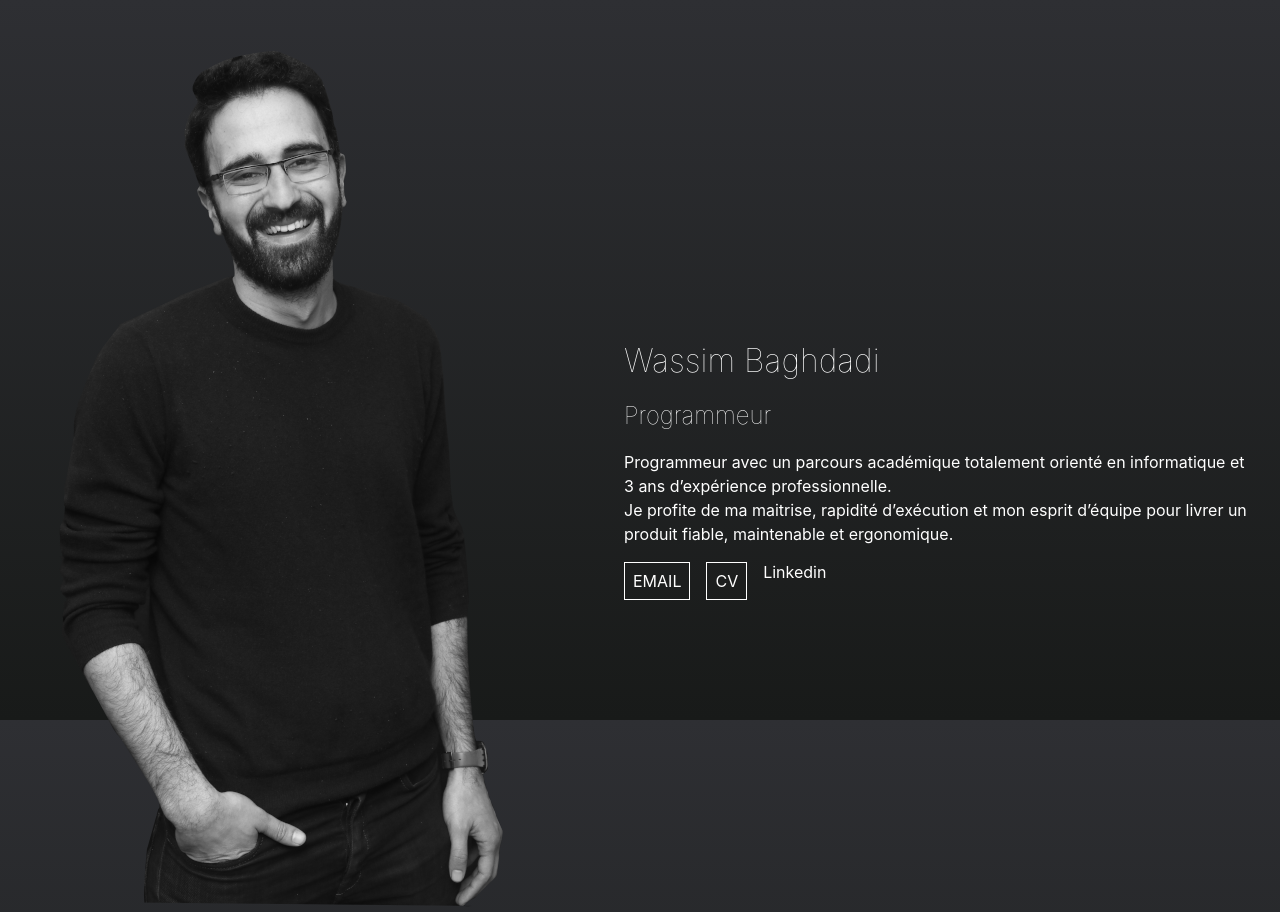
Repository: vvassim-baghdadi/wassimbaghdadi
Page: /
These files come from the project's save history. The page is drawn as it stood at one moment and after the next save; the edit follows.
The browser window is 1280 px wide. The pictures show the whole page.
The project was rebuilt for these pictures with package versions that can differ from the ones it lists, and the page was loaded fresh each time. The framework's server and built-in components were replaced by stand-ins that run in the browser. Also part of the build but not shown: next.config.js.

Above is the page before, as saved 2023-01-18 12:18:50.

### src/pages/index.tsx
import Head from 'next/head'
import Image from 'next/image'
import { Inter } from '@next/font/google'
import styles from '../styles/Home.module.css'

const inter = Inter({ subsets: ['latin'] })

export default function Home() {
  return (
    <>
      <Head>
        <title>Wassim Baghdadi</title>
        <meta name="description" content="Generated by create next app" />
        <meta name="viewport" content="width=device-width, initial-scale=1" />
        <link rel="icon" href="/favicon.ico" />
      </Head>
      <main>
        <div className={styles.content}>
        <div className={styles['image-container']}>
          <img
            srcSet="
              /assets/images/wassim-baghdadi/wassim-baghdadi-600x900.png 600w,
              /assets/images/wassim-baghdadi/wassim-baghdadi-200x300.png 200w
            "
            sizes="(max-width: 600px) 200px, 600px"
            src="/assets/images/wassim baghdadi/Wassim Baghdadi 600x900.png"
            loading="lazy"
            alt="Wassim Baghdadi Photo"
          />
        </div>
        <div className={styles.info}>
          <h1>Wassim Baghdadi</h1>
          <h2>Programmeur</h2>
          <p>
            Programmeur avec un parcours académique totalement orienté en
            informatique et 3 ans d’expérience professionnelle.
            <br />
            Je profite de ma maitrise, rapidité d’exécution et mon esprit
            d’équipe pour livrer un produit fiable, maintenable et ergonomique.
          </p>
          <div className={styles.links}>
            <a
              className={styles.button}
              href="mailto:vvassim.baghdadi@gmail.com"
              download
              target="_blank"
              >Email</a>
              <a
              className={styles.button}
              href="./assets/files/CV-Wassim Baghdadi.pdf"
              download
              target="_blank"
              >CV</a>
            <a
              className="button"
              href="https://www.linkedin.com/in/wassim-baghdadi-7459b210a/"
              >Linkedin</a
            >
          </div>
        </div>
      </div>

      </main>
    </>
  )
}

### src/styles/globals.css
html {
  width: 100%;
  height: 100%;
  background-color: black;
  background-image: linear-gradient(180deg, #2e2f33 0%, #181a19 100%);
}
body {
  color: white;
  font-family: -apple-system, BlinkMacSystemFont, "Segoe UI", "Ubuntu", "Roboto",
    "Oxygen", "Helvetica Neue", Arial, sans-serif;
}
main {
  display: flex;
  justify-content: center;
}
h1,
h2 {
  font-weight: lighter;
}
a {
  color: white;
  text-decoration: none;
}
p {
  line-height: 1.5;
}

### src/styles/Home.module.css
/* Custom elements */
.button {
  text-transform: uppercase;
  padding: 0.5rem;
  border: 1px solid white;
  width: fit-content;
}
.content {
  display: flex;
}
@media screen and (max-width: 599px) {
  .content {
    flex-direction: column;
    justify-content: center;
  }
  .image-container {
    display: flex;
    justify-content: center;
  }
}
@media screen and (min-width: 600px) {
  .content {
    max-width: 1440px;
    flex-direction: row;
    justify-content: center;
    align-items: center;
  }
}
.info {
  padding: 1rem;
}
.links {
  display: flex;
}
.links > *:not(:first-child) {
  margin-left: 1rem;
}

Loaded but not shown: src/pages/_app.tsx (common file); src/pages/_document.tsx (common file)

After the next save:
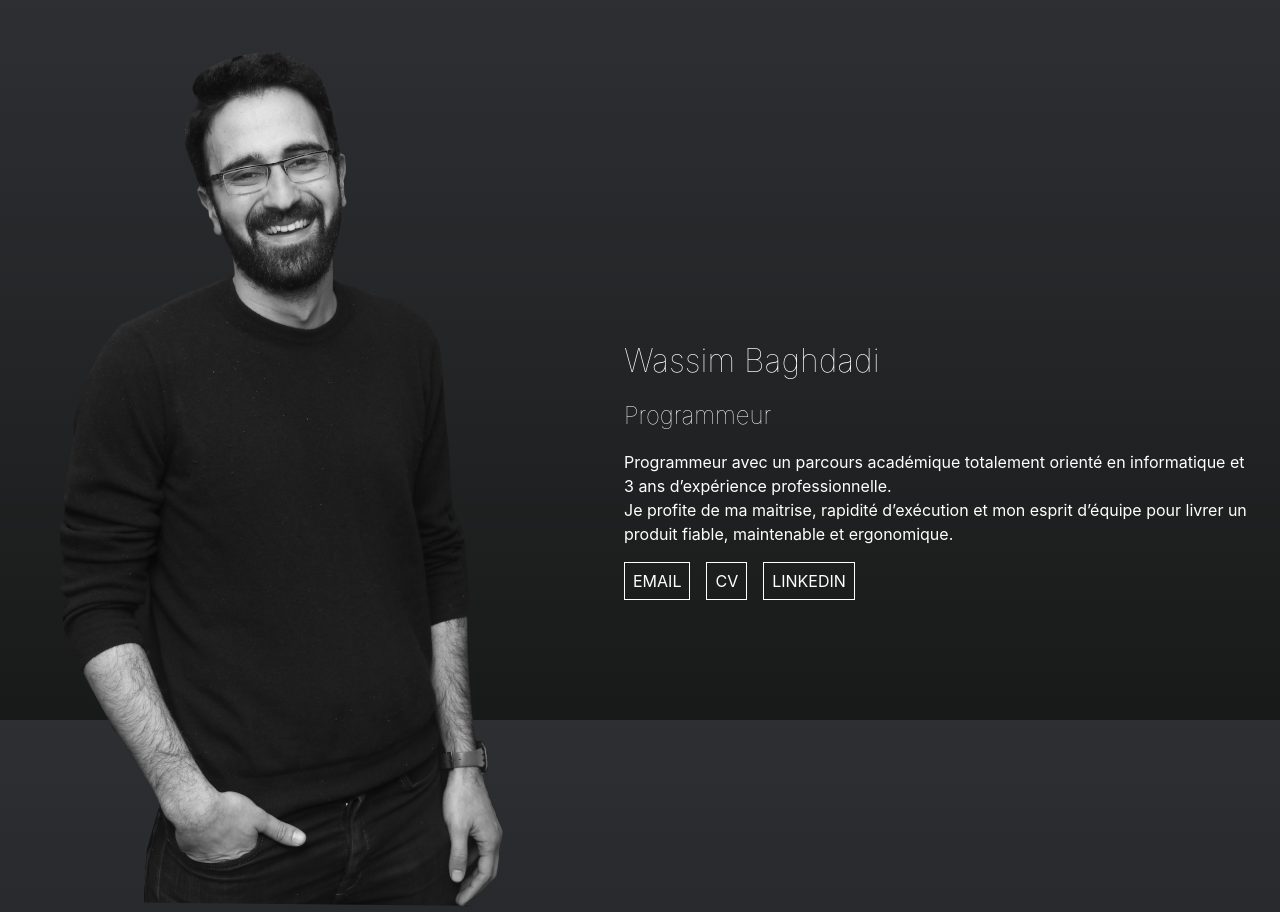
Saved 12 s later.
--- a/src/pages/index.tsx
+++ b/src/pages/index.tsx
@@ -52,7 +52,7 @@ export default function Home() {
               target="_blank"
               >CV</a>
             <a
-              className="button"
+              className={styles.button}
               href="https://www.linkedin.com/in/wassim-baghdadi-7459b210a/"
               >Linkedin</a
             >
